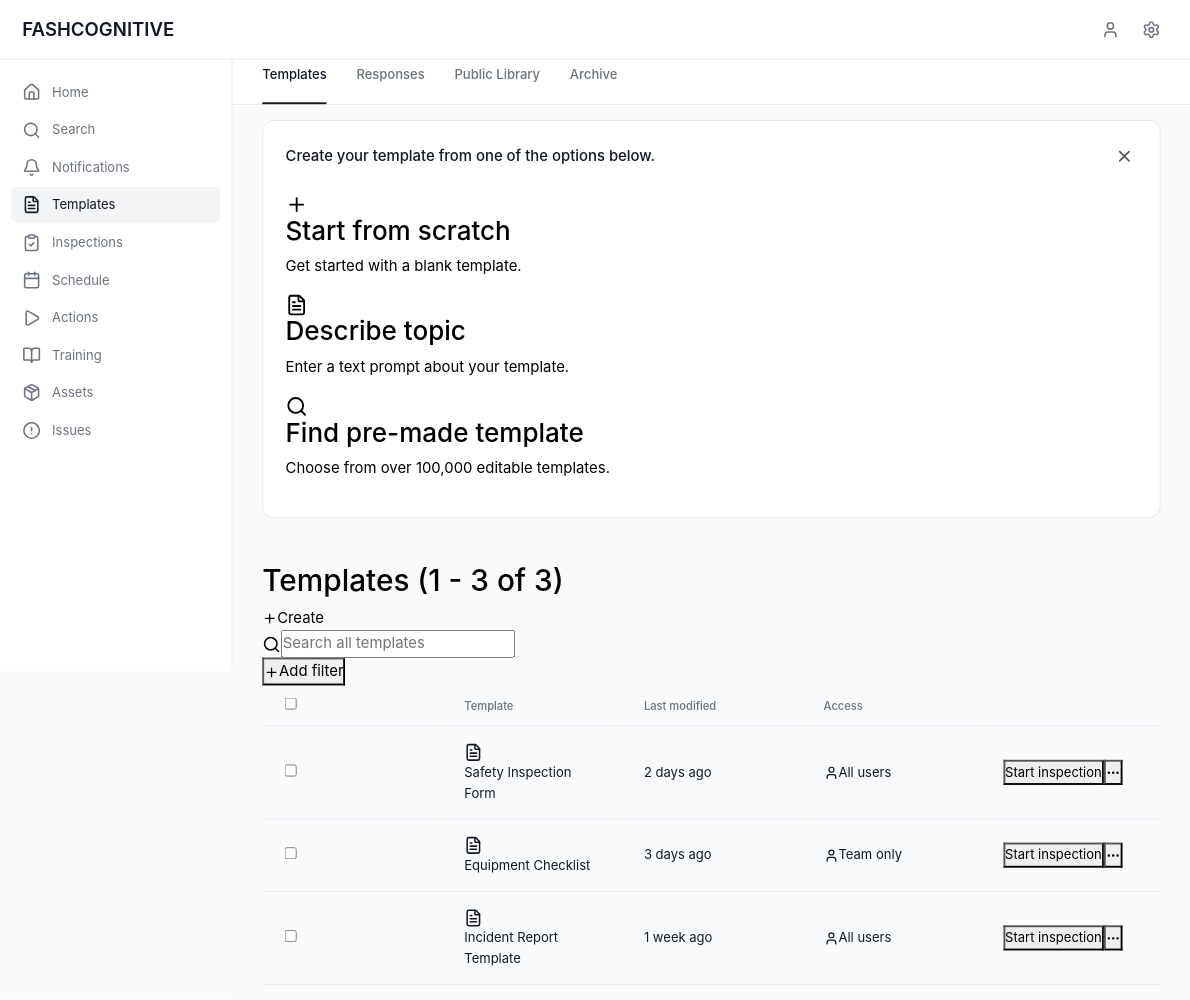
Repository: loganand612/fashcognitive-intern
Page: /template (app in fash/)
An editor plug-in stored every save of this project. The page is shown before and after the next save, followed by the edit.
The browser window is 1280 px wide. The pictures show the whole page, at 93% of full size.
The project was rebuilt for these pictures with package versions that can differ from the ones it lists, and the page was loaded fresh each time. Also part of the build but not shown: fash/src/pages/Login.css, fash/src/pages/Register.css, fash/src/pages/Dashboard.css, fash/src/pages/Home.tsx, fash/src/pages/Login.tsx, fash/src/pages/Register.tsx, fash/src/pages/Home2.tsx, fash/src/pages/Create_template.tsx and 1 more. Imported but missing from the stored project, and not drawn on this page: fash/src/pages/assets/head1.mp4.

Above is the page before, as saved 2025-04-13 21:54:23.

After the next save:
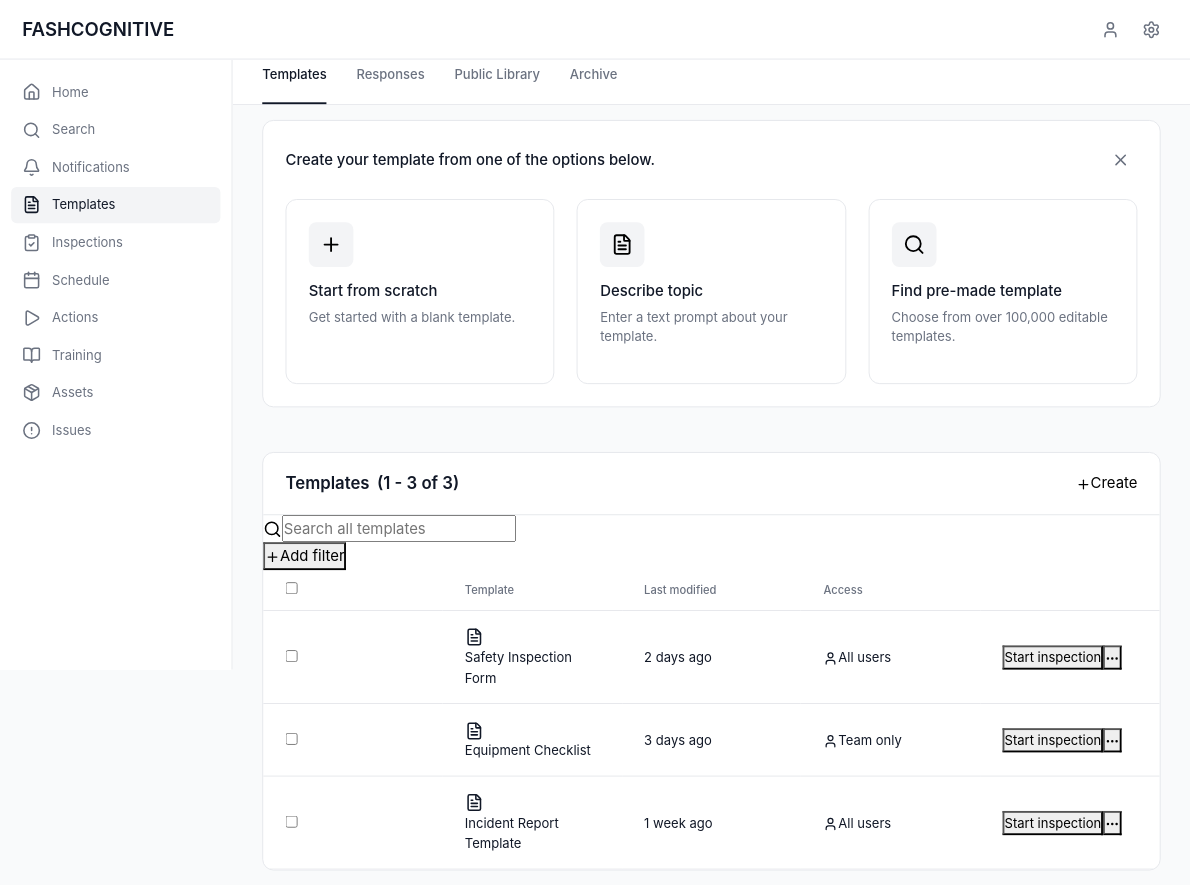
Saved 16 s later.
--- a/fash/src/pages/Template_page.tsx
+++ b/fash/src/pages/Template_page.tsx
@@ -83,28 +83,28 @@ const TemplatePage: React.FC = () => {
           <section className="tp-creation-section">
             <div className="tp-section-header">
               <h2>Create your template from one of the options below.</h2>
-              <button className="close-button">
+              <button className="tp-close-button">
                 <X size={20} />
               </button>
             </div>
 
-            <div className="creation-options">
-              <div className="option-card" >
-                <div className="option-icon">
+            <div className="tp-creation-options">
+              <div className="tp-option-card" >
+                <div className="tp-option-icon">
                   <Plus size={24} />
                 </div>
                 <h3>Start from scratch</h3>
                 <p>Get started with a blank template.</p>
               </div>
-              <div className="option-card">
-                <div className="option-icon">
+              <div className="tp-option-card">
+                <div className="tp-option-icon">
                   <FileText size={24} />
                 </div>
                 <h3>Describe topic</h3>
                 <p>Enter a text prompt about your template.</p>
               </div>
-              <div className="option-card">
-                <div className="option-icon">
+              <div className="tp-option-card">
+                <div className="tp-option-icon">
                   <Search size={24} />
                 </div>
                 <h3>Find pre-made template</h3>
@@ -113,8 +113,8 @@ const TemplatePage: React.FC = () => {
             </div>
           </section>
 
-          <section className="templates-section">
-            <div className="templates-header">
+          <section className="tp-templates-section">
+            <div className="tp-templates-header">
               <h2>Templates <span className="count">(1 - {templates.length} of {templates.length})</span></h2>
               <a href="/ct" className="create-button">
                 <Plus size={16} />
